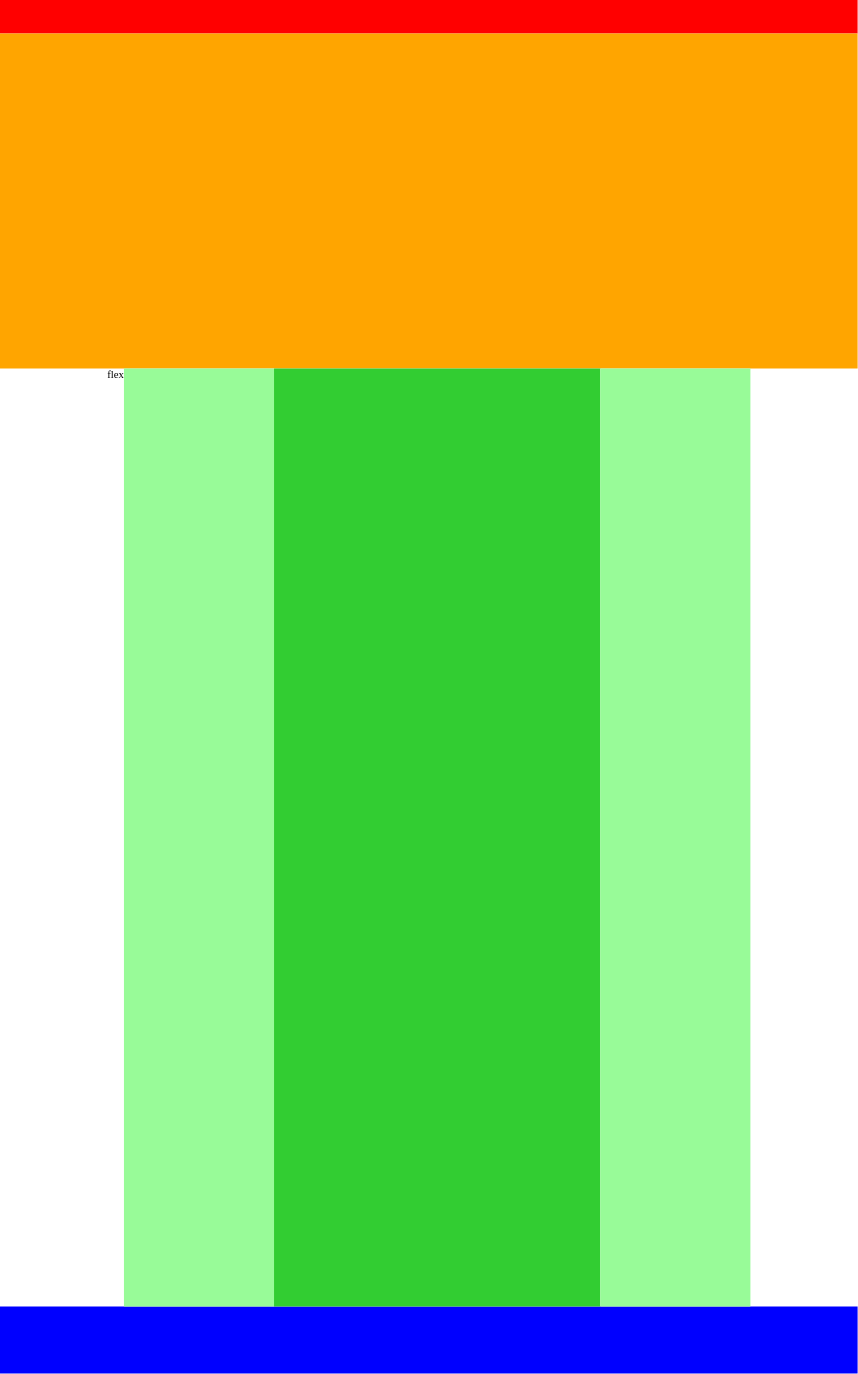
Repository: RAM-OK/git-practice
Page: chapter4/index.html
The author's editor kept a record of every edit. The page is drawn from the files as they stood at one moment, then again after the next edit.
The browser window is 1280 px wide. The pictures show the whole page, at 67% of full size.

Above is the page before.

### chapter4/index.html
<!DOCTYPE html>
<html lang="ja">
  <head>
    <meta charset="UTF-8" />
    <title>GOOD TIME</title>
    <link rel="stylesheet" href="style.css">
  </head>

   <body>
     <div class="header"></div>
     <div class="main-visual"></div>
     <div class="main">flex
       <div class="sidebar-left"></div>
       <div class="blog"></div>
       <div class="sidebar-right"></div>
    </div>
   <div class="footer"></div>
  </body>
</html>

### chapter4/style.css
* {
  margin: 0;
  padding: 0;
  box-sizing: border-box;
}

.main-visual {
  width: 100%;
  height: 500px;
  background-color: orange;
}

.header {
  width: 100%;
  height: 50px;
  background-color: red;
}

.main {
  width: 960px;
  margin: 0 auto;
  display: flex;
  justify-content: center;
}

.sidebar-left {
  width: 230px;
  height: 1400px;
  background-color: palegreen;
}

.blog {
  width: 500px;
  height: 1400px;
  background-color: limegreen;
}

.sidebar-right {
  width: 230px;
  height: 1400px;
  background-color: palegreen;
}

.footer {
  width: 100%;
  height: 100px;
  background-color: blue;
}

After the next edit:
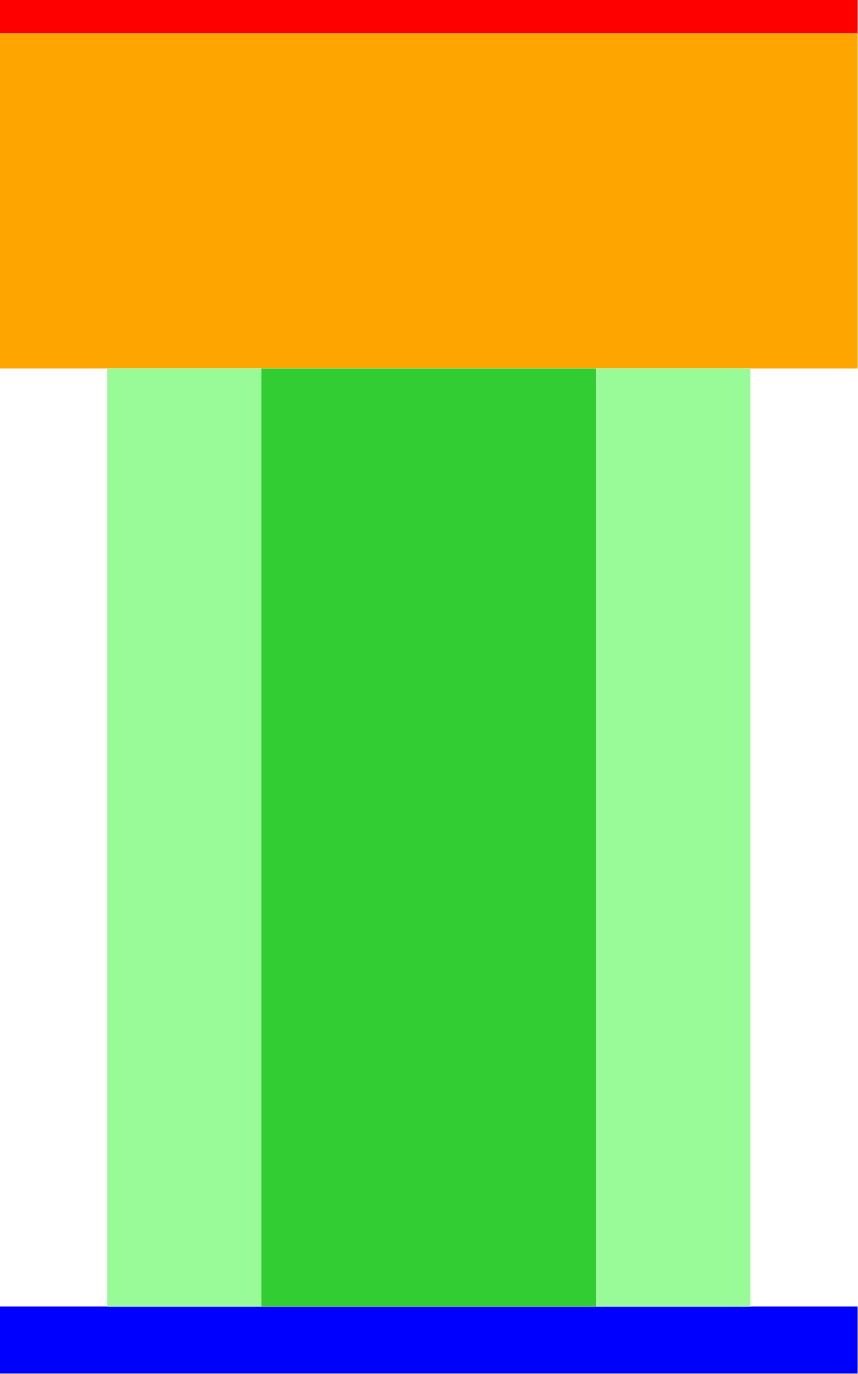
The edit:
--- a/chapter4/index.html
+++ b/chapter4/index.html
@@ -9,7 +9,7 @@
    <body>
      <div class="header"></div>
      <div class="main-visual"></div>
-     <div class="main">flex
+     <div class="main">
        <div class="sidebar-left"></div>
        <div class="blog"></div>
        <div class="sidebar-right"></div>
